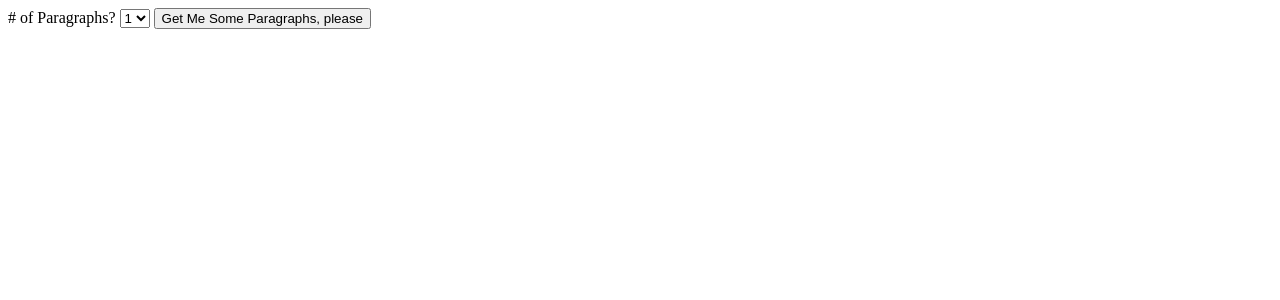
Repository: oduong1/COSW30
Page: homework/hw4/quote.html
The author's editor kept a record of every edit. The page is drawn from the files as they stood at one moment, then again after the next edit.
The browser window is 1280 px wide. The pictures show the whole page.

Above is the page before.

### homework/hw4/quote.html
<!DOCTYPE html>
<html>
    <head>
        <meta charset="utf-8">
        <title>Lorem Ipsum Generator</title>
    </head>
    <body>
        <form action="generator.php" method="POST">
            <label for=""># of Paragraphs?</label>
            <select id="paragraph" name="paragraph">

                <option value="1">1</option>
                <option value="2">2</option>
                <option value="3">3</option>
                <option value="4">4</option>
                <option value="5">5</option>


            </select>
            <button>Get Me Some Paragraphs, please</button>
        </form>
    </body>

</html>

After the next edit:
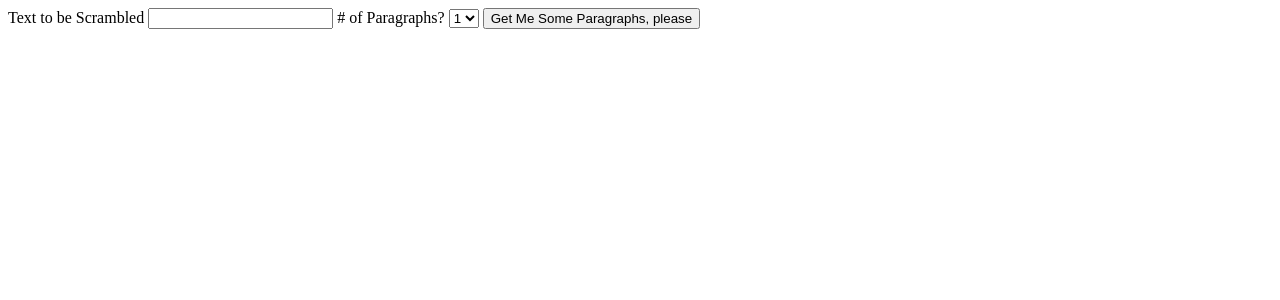
The edit:
--- a/homework/hw4/quote.html
+++ b/homework/hw4/quote.html
@@ -6,8 +6,11 @@
     </head>
     <body>
         <form action="generator.php" method="POST">
+            <label for="">Text to be Scrambled</label>
+            <input type="text" id="text" name="text">
+
             <label for=""># of Paragraphs?</label>
-            <select id="paragraph" name="paragraph">
+            <select id="paragraphs" name="paragraphs">
 
                 <option value="1">1</option>
                 <option value="2">2</option>
